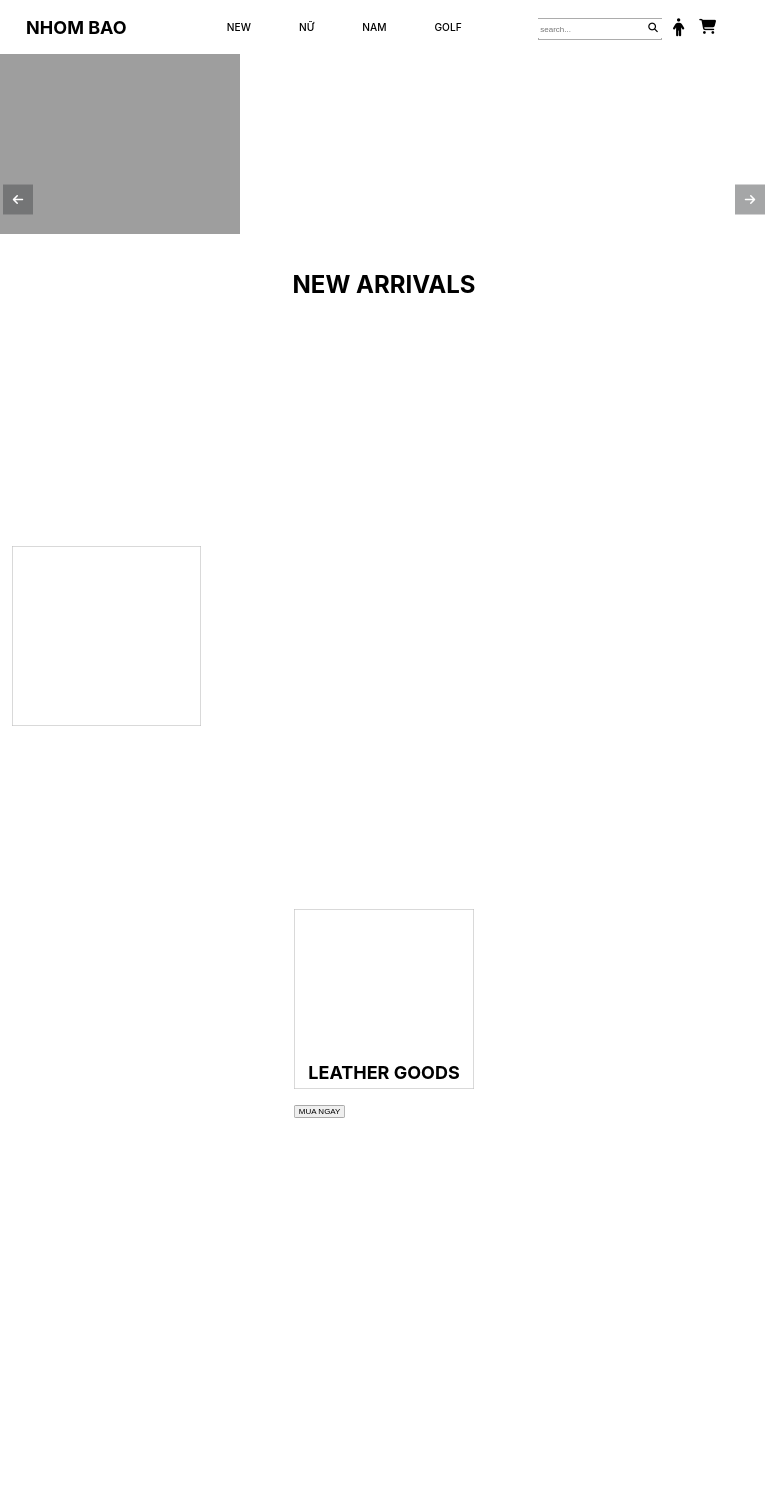
Repository: 0584386177/CuoiKiReactJs
Page: /
An editor plug-in stored every save of this project. The page is shown before and after a run of saves, followed by the edit.
The browser window is 1280 px wide. The pictures show the whole page, at 60% of full size.
Pictures or frames that could not be fetched are drawn as grey boxes. The page's requests for data from a server got no answer. The project was rebuilt for these pictures with package versions that can differ from the ones it lists, and the page was loaded fresh each time. No one was signed in, and anything a server would have sent is missing. Also part of the build but not shown: src/components/Men/Men.jsx, src/components/Women/Women.jsx.

Above is the page before, as saved 2023-11-17 23:31:01.

### src/App.js
import React, { useEffect, useState } from 'react';
import Page from './components/Page/Page';
import { Route,Routes } from 'react-router-dom';
import Men from './components/Men/Men';
import Women from './components/Women/Women';
import Context from './Context';

const App = () => {
  const api = "http://localhost:3000/products";
  const [products, setProducts] = useState([null]);
  console.log(products);
  useEffect(() => {
    const fetchData = async () => {
      const response = await fetch(api);
      const data = await response.json();
      return setProducts(data);
    };
    fetchData();
  }, []);
  return (
    <Context.Provider value={products}>
    <div>
      <Routes>
        <Route path='/' element = {<Page></Page>}></Route>
        <Route path='/women' element = {<Women></Women>}></Route>
        <Route path='/men' element={<Men></Men>}></Route>
      </Routes>
    </div>
    </Context.Provider>
  );
};

export default App;

### src/components/Page/Page.jsx
import React from 'react';
import Header from './Header';
import styled from 'styled-components';
import Slider from './Slider';
import NewArrivals from './NewArrivals';
import LeatherGoods from './LeatherGoods';
import Care from './Care';
const PageWrapper = styled.div`
    width: 100%;
    height: 100vh;
    max-width:1980px;
    margin: 0 auto;

`
const Page = () => {
    return (
        <PageWrapper>
        <Header/>
        <Slider/>
        <NewArrivals/>
        <LeatherGoods/>
        <Care/>
        </PageWrapper>
    );
};

export default Page;

### src/Context.jsx
import React, { createContext } from 'react';

const Context = createContext();

export default Context;

### src/components/Page/Header.jsx
import React from "react";
import styled from "styled-components";

const HeaderWrapper = styled.div`
  width: 100%;
  height: 90px;
  display: flex;
  justify-content: space-around;
  align-items: center;
`;
const HeaderLogo = styled.div`
  font-size: 15px;
`;
const HeaderMenu = styled.div`
  ul {
    display: flex;
    list-style: none;

    li {
      padding: 10px 20px;

      a {
        display: block;
        padding: 10px 20px;
        text-decoration: none;
        color: #000;
        font-weight: 500;
        font-size: 17px;
        position: relative;
      }
      a::before {
        content: "";
        position: absolute;
        left: 0;
        bottom: 0;
        height: 2px;
        background: #000000;
        transition: all 0.3s ease;
      }
      a:hover::before {
        width: 100%;
        animation: fluent 0.5s forwards;
      }
    }

    @keyframes fluent {
      0% {
        width: 0px;
      }
      100% {
        width: 100%;
      }
    }
  }
`;
const HeaderFeatures = styled.div`
  display: flex;
  align-items: center;
  width: 340px;
  height: 100%;
`;
const HeaderSearch = styled.div`
  width: 200px;
  height: 30px;
  position: relative;

  input {
    width: 200px;
    height: 30px;
  }
  i {
    position: absolute;
    right: 0;
    top: 50%;
    transform: translateY(-50%);
  }
`;
const HeaderAccount = styled.div`
  margin: 0px 25px;
  font-size: 30px;
`;
const HeaderCart = styled.div`
    font-size: 25px;
`;

const Header = () => {
  return (
    <HeaderWrapper>
      <HeaderLogo>
        <h1>NHOM BAO</h1>
      </HeaderLogo>
      <HeaderMenu>
        <ul>
          <li>
            <a href="#">NEW</a>
          </li>
          <li>
            <a href="#">NỮ</a>
          </li>
          <li>
            <a href="#">NAM</a>
          </li>
          <li>
            <a href="#">GOLF</a>
          </li>
        </ul>
      </HeaderMenu>
      <HeaderFeatures>
        <HeaderSearch className="search">
          <input type="text" placeholder="search..."></input>
          <i class="fa-solid fa-magnifying-glass"></i>
        </HeaderSearch>
        <HeaderAccount className="account">
          <i class="fa-solid fa-person"></i>
        </HeaderAccount>
        <HeaderCart className="cart">
          <i class="fa-solid fa-cart-shopping"></i>
        </HeaderCart>
      </HeaderFeatures>
    </HeaderWrapper>
  );
};

export default Header;

### src/components/Page/Slider.jsx
import React, { useState } from "react";
import styled from "styled-components";

const SliderWrapper = styled.div`
  width: 100%;
  height :800px;
  position: relative;
`;
const SliderButton = styled.div`
  width: 100%;
  position: absolute;
  top: 29%;
  left: 0;
  transform: translateY(-29%);
  display: flex;
  justify-content: space-between;
  align-items: center;
`;
const SliderNext = styled.button`
  width: 50px;
  height: 50px;
  color: white;
  background-color: rgba(76, 78, 80, 0.5);
  outline: none;
  border: none;
  margin-right: 5px;
  font-size: 20px;
  cursor: pointer;
`;
const SliderPre = styled.button`
  width: 50px;
  height: 50px;
  color: white;
  background-color: rgba(76, 78, 80, 0.5);
  outline: none;
  border: none;
  margin-left: 5px;
  font-size: 20px;
  cursor: pointer;
`;
const ArrivalsTitle = styled.div`
  position: relative;

  h1{
    position:absolute;
    top: 50%;
    left: 50%;
    transform: translate(-50%,-50%);
    margin: 5rem 0px;
    font-size: 40px;
  }
`
const Slider = () => {
  const arrayImage = [
    "https://file.hstatic.net/1000143422/file/desktop_banner_slider_1920x600_2link_ult-trn_4b3327ceb7184530ae9783ad00500c46.jpg",
    "https://file.hstatic.net/1000143422/file/desktop_banner_slider_1920x600_2link_street_9e990a78d04646e3ae0fe35feb29b499.jpg",
    "https://file.hstatic.net/1000143422/file/hero-desk_c4-w-1920x720_0cadeff9488b4baab4c417601e60ba7a.jpg",
    "https://file.hstatic.net/1000143422/file/ec-desktop_banner_1920x600px_062fbb7c60db49ada98de87f9f03862c.png",
    "https://file.hstatic.net/1000143422/file/desktop_banner_slider_1920x600_2link_soft_dd3b9719fd3e4818bb108c020a9af7a2.jpg",
  ];

  let [ImageIndexCurrent, setImageIndexCurrent] = useState(0);
  const handleClickNext = () => {
    setImageIndexCurrent(ImageIndexCurrent + 1);
    if (ImageIndexCurrent === 4) setImageIndexCurrent(0);
  };
  const handleClickPre = () => {
    setImageIndexCurrent(ImageIndexCurrent - 1);
    if (ImageIndexCurrent === 0) setImageIndexCurrent(4);
  };

    // setInterval(() => {
    //   setImageIndexCurrent(ImageIndexCurrent + 1);
    //   if(ImageIndexCurrent ===4) setImageIndexCurrent(0);
    // }, 1000);
  return (
    <SliderWrapper>
      <div className="image">
        <img src={arrayImage[ImageIndexCurrent]} alt=""></img>
      </div>
      <SliderButton>
        <SliderPre onClick={handleClickPre}>
          <i class="fa-solid fa-arrow-left"></i>
        </SliderPre>
        <SliderNext onClick={handleClickNext}>
          <i class="fa-solid fa-arrow-right"></i>
        </SliderNext>
      </SliderButton>
      <ArrivalsTitle>
        <h1>NEW ARRIVALS</h1>
      </ArrivalsTitle>

    </SliderWrapper>
  );
};

export default Slider;

### src/components/Page/NewArrivals.jsx
import React, { useEffect, useState } from "react";
import styled from "styled-components";

const ArrivalsWrapper = styled.div`
  width: 100%;
  height: 100%;

`;

const ArrivalsSmall = styled.div`
  display: grid;
  grid-template-columns : 1fr 1fr 1fr 1fr;
`;

const ArrivalsItem = styled.div`
  width: 315px;
  height: 405px;
  padding: 10px 10px;
  display: flex;
  flex-direction: column;
  align-items: center;
  padding: 20px;
 &:hover{
  box-shadow: 1px 1px 3px 2px rgba(35, 38, 46,0.2);
 }
`;
const ItemImg = styled.img`
  width: 100%;
  height: 300px;
  object-fit: cover;
  flex-shrink: 0;
`;
const ArrivalsLarge = styled.div`
  display: flex;
  justify-content: space-evenly;
  margin-top: 10rem;
`
const LargeItem = styled.div`
  width: 300px;
  height: 400px;
  padding: 20px;
 &:hover{
  box-shadow: 1px 1px 3px 2px rgba(35, 38, 46,0.2);
 }
`
const LargeImg = styled.img`
  width: 300px;
  height: 300px;
  object-fit: cover;
  flex-shrink: 0;
`
const api = "http://localhost:3000/products";
const NewArrivals = () => {
  const [products, setProducts] = useState([null]);
  useEffect(() => {
    const fetchData = async () => {
      const response = await fetch(api);
      const data = await response.json();
      return setProducts(data);
    };
    fetchData();
  }, []);
  return (
    <ArrivalsWrapper>
      {/* <ArrivalsTitle>NEW ARRIVALS</ArrivalsTitle> */}

      <ArrivalsSmall>
      {/* sử dụng slice để tạo ra 4 item từ  0 -> <4 */}
        {products.slice(0,4).map((item, index) => {
            return (
              <ArrivalsItem>
                <ItemImg src={item?.image} alt="" key={index} />
                <h4>{item?.name}</h4>
              </ArrivalsItem>
            );
          })}
      </ArrivalsSmall>

      <ArrivalsLarge>
      {
        products.slice(0,2).map((item,index)=>{
          return(
            <LargeItem>
          <LargeImg src={item?.image} alt=""/>
          <h5>{item?.name}</h5>
          <button>MUA NGAY</button>
        </LargeItem>
          )
        })
      }

     {/* <LargeItem>
          <LargeImg src="https://source.unsplash.com/random" alt=""/>
          <h5>ECCO</h5>
          <button>MUA NGAY</button>
        </LargeItem> */}
      </ArrivalsLarge>
    </ArrivalsWrapper>
  );
};

export default NewArrivals;

### src/components/Page/LeatherGoods.jsx
import React, { useContext } from "react";
import Context from "../../Context";
import styled from "styled-components";

const LeatherWrapper = styled.div`
  width: 100%;
  height: 100%;
  margin-top: 10rem;
  text-align: center;
`;
const LeatherTitle = styled.h1`
  font-size: 30px;
`;
const LeatherItems = styled.div`
  display: grid;
  grid-template-columns: repeat(4, 1fr);
`;
const LeartherItem = styled.div`
  width: 315px;
  height: 405px;
  padding: 10px 10px;
  display: flex;
  flex-direction: column;
  align-items: center;
  padding: 20px;
  &:hover {
    box-shadow: 1px 1px 3px 2px rgba(35, 38, 46, 0.2);
  }
`;
const ItemImg = styled.img`
  width: 100%;
  height: 300px;
  object-fit: cover;
  flex-shrink: 0;
`;

const LeatherGoods = () => {
  const products = useContext(Context);
  console.log(products);
  return (
    <LeatherWrapper>
      <LeatherTitle>LEATHER GOODS</LeatherTitle>
      <LeatherItems>
        {products
          // đổi thứ tự filter => slice => map
          // nếu để slice trước sẽ cắt đi 4 phần tử đầu tiên
          // 4 phần tử đầu tiên kh có type === bag thì kh render nên phải lọc trư
          .filter((item) => item?.type === "bag")
          .slice(0, 4)
          .map((item, index) => {
            return (
              <LeartherItem key={index}>
                <ItemImg src={item?.image} alt="" />
                <h4>{item?.name}</h4>
              </LeartherItem>
            );
          })}
      </LeatherItems>
    </LeatherWrapper>
  );
};

export default LeatherGoods;

### src/components/Page/Care.jsx
import React from 'react';
import styled from 'styled-components';
const Care = () => {
    return (
        <div>

        </div>
    );
};

export default Care;

Loaded but not shown: public/index.html (common file); src/index.js (common file); src/index.css (common file); src/reportWebVitals.js (common file)

After the next 2 saves:
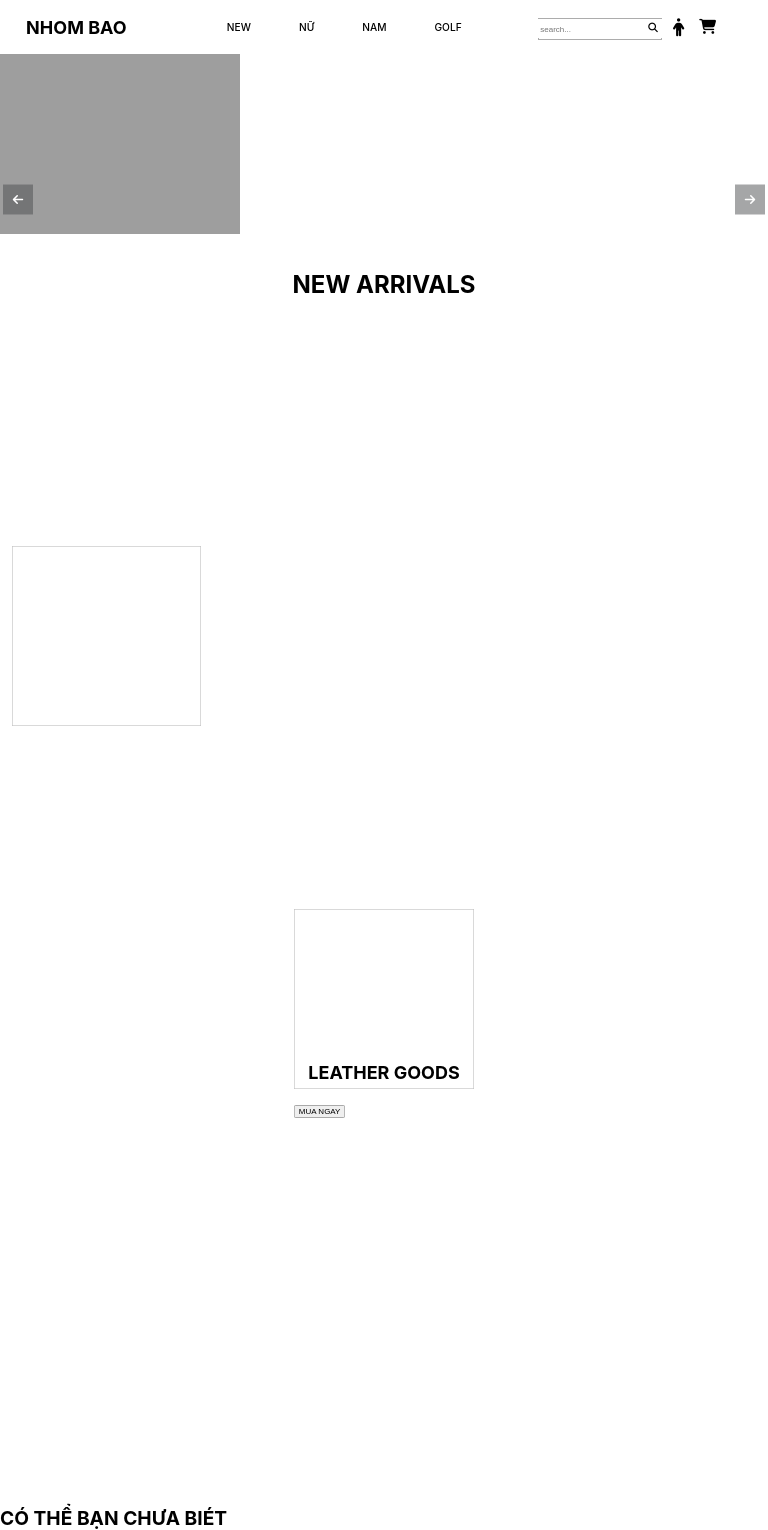
The 2 saves are shown as one change because they came seconds apart.
The last was saved 14 s later.
--- a/src/components/Page/Care.jsx
+++ b/src/components/Page/Care.jsx
@@ -3,6 +3,8 @@ import styled from 'styled-components';
 const Care = () => {
     return (
         <div>
+        <h1>CÓ THỂ BẠN CHƯA BIÉT</h1>
+
 
         </div>
     );
